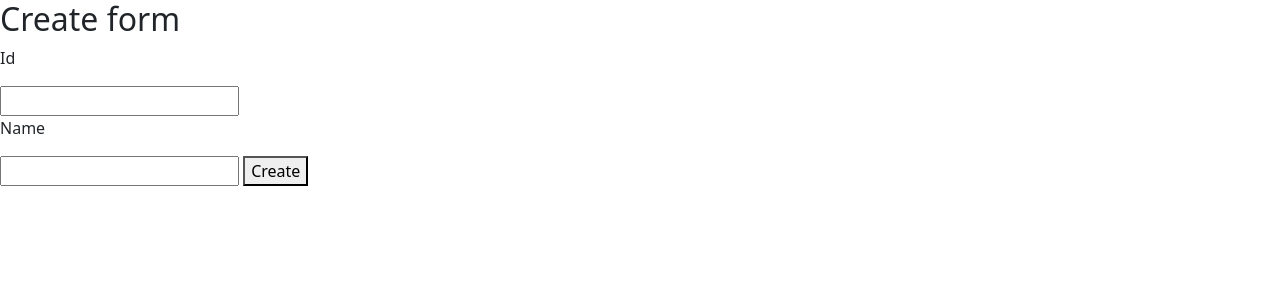
Repository: hongquan16101995/servlet-jw0124
Page: http://localhost/demo/categories?action=createGet
An editor plug-in stored every save of this project. The page is shown before and after the next save, followed by the edit.
The browser window is 1280 px wide. The pictures show the whole page.
The page is served by Tomcat 9.

Above is the page before, as saved 2024-05-14 12:02:50.

After the next save:
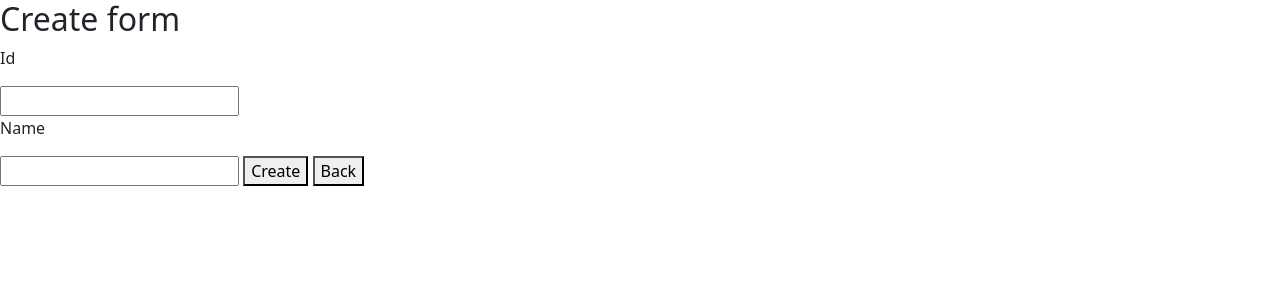
Saved 47 s later.
--- a/demo/src/main/webapp/category/create.jsp
+++ b/demo/src/main/webapp/category/create.jsp
@@ -16,6 +16,7 @@
 	<p>Name</p>
 	<input name="name">
 	<button type="submit">Create</button>
+	<a href="/demo/categories"><button>Back</button></a>
 </form>
 </body>
 </html>
